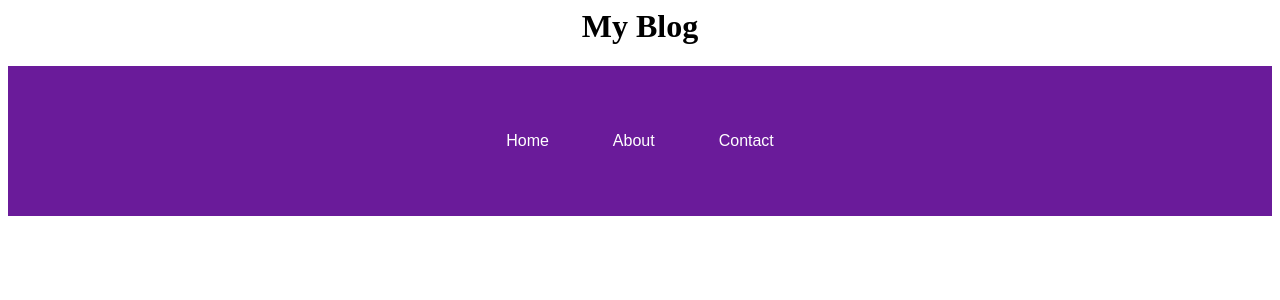
Repository: Femi007-gh/BLOG
Page: index.html
The author's editor kept a copy of each file at every save. The page is drawn from the files as they stood at one save, then again after a run of saves.
The browser window is 1280 px wide. The pictures show the whole page.

Above is the page before, as saved 2025-01-08 07:30:51.

### index.html
<html>
  <head>
    <title>BLOG</title>
    <link rel="stylesheet" href="style.css">
  </head>
  <body>
    <header>
      <h1>My Blog</h1>
      <nav>
        <ul>
          <li><a href="#">Home</a></li>
          <li><a href="#">About</a></li>
          <li><a href="#">Contact</a></li>
        </ul>
      </nav>
    </header>
  </body>
</html>

### style.css
nav {
      background-color: #6a1b9a;
      height: 150px;
      flex-direction: column;
      display: flex;
      justify-content: center;
      align-items: center;
    }

    ul {
      list-style: none;
      margin-top: 1rem;
      padding: -0;
      display: flex;
      justify-content: center;
    }

    li {
      margin: 0 1rem;
    }

    a {
      color: white;
      text-decoration: none;
      font-family: Arial, sans-serif;
      padding: 1rem;
      display: block;
    }

    h1 {
      margin-top:
      font-size: 1.8rem;

      text-align: center;
    }

After the next 2 saves:
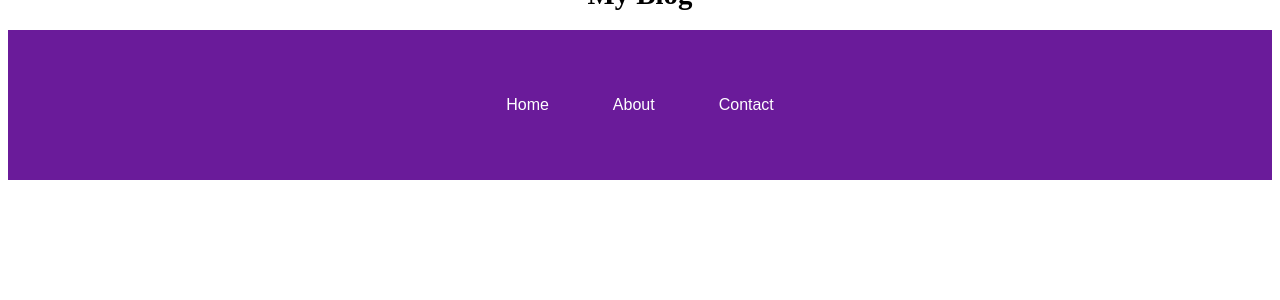
The 2 saves are shown as one change because they came seconds apart.
The last was saved 7 s later.
--- a/style.css
+++ b/style.css
@@ -28,7 +28,7 @@ nav {
     }
 
     h1 {
-      margin-top:
+      margin-top: -30px;
       font-size: 1.8rem;
 
       text-align: center;
